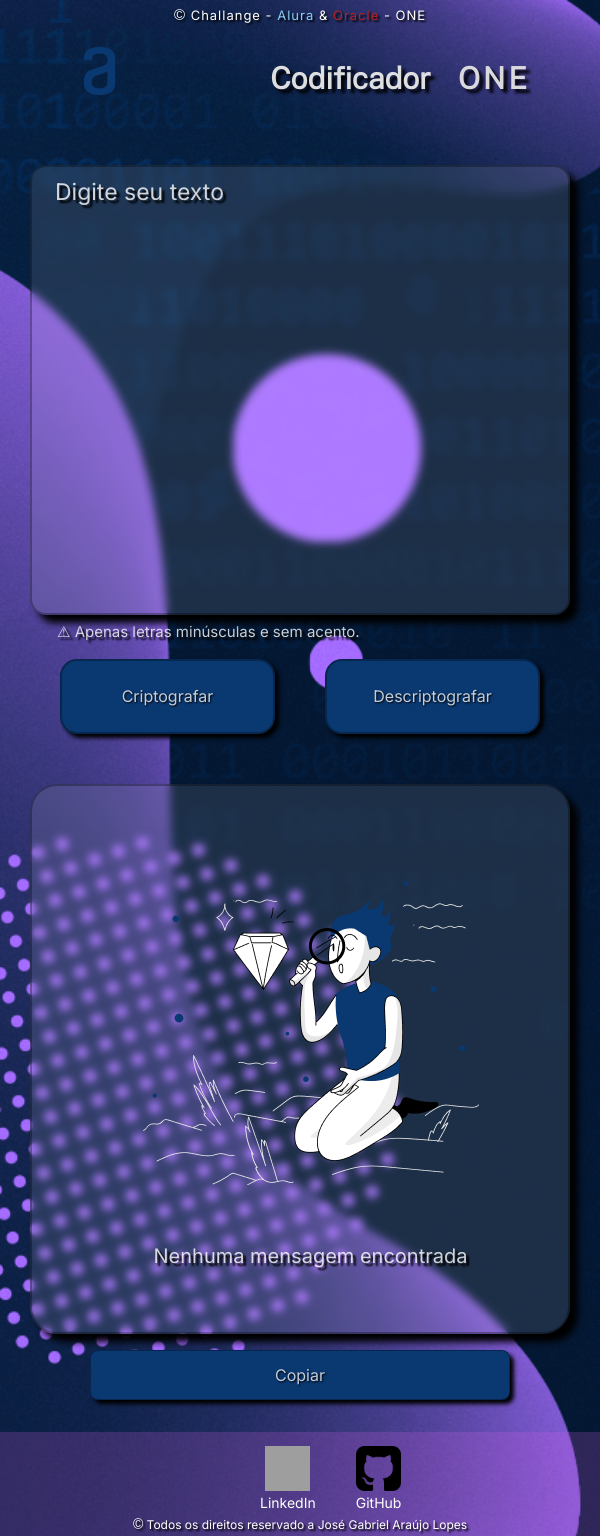
Repository: GabbrielLopes/Decodificador-ONE-Challange-Alura
Page: index.html
These files come from the project's save history. The page is drawn as it stood at one moment and after the next save; the edit follows.
The browser window is 600 px wide. The pictures show the whole page.
Pictures or frames that could not be fetched are drawn as grey boxes.

Above is the page before, as saved 2022-05-11 23:17:02.

### index.html

<!-- Regras Codificador:
"e" é convertido para "enter"
"i" é convertido para "imes"
"a" é convertido para "ai"
"o" é convertido para "ober"
"u" é convertido para "ufat"
Apenas letras minúsculas
Não permite acentuação
*/

/* Regras Decodificador:
"enter" é convertido para "e"
"imes" é convertido para "i"
"ai" é convertido para "a"
"ober" é convertido para "o"
"ufat" é convertido para "u"
Apenas letras minúsculas
Não permite acentuação
-->

<!DOCTYPE html>
<html lang="pt-br">
<head>
    <meta charset="UTF-8">
    <meta name="viewport" content="width=device-width">
    <link rel="stylesheet" href="css/reset.css">
    <link rel="stylesheet" href="css/style.css">
    <link rel="stylesheet" href="css/media.css">
    <link href="https://fonts.googleapis.com/css2?family=Inter&display=swap" rel="stylesheet">
    <link href="https://fonts.googleapis.com/css2?family=Public+Sans:wght@300&display=swap" rel="stylesheet">
    <title>Codificador ONE</title>
</head>
<body>
    <header>
        <div class="info-header">
            <p>© Challange - <a href="https://www.alura.com.br" target="_blank">Alura</a> & <a href="https://www.oracle.com/br/education/oracle-next-education/" target="_blank">Oracle</a> - ONE</p>
        </div>
        <div>
            <img src="imagens/logo-alura.png" alt="Logo alura com inicial da letra a" class="logo-cabecalho">
            <h2>Codificador <a href="https://www.oracle.com/br/education/oracle-next-education/" target="_blank">ONE</a></h2>
        </div>
        <div>
        </div>
    </header>
    <main class="main">
        <section>
            <textarea cols="40" rows="6" placeholder="Digite seu texto" class="campo-texto"></textarea>
            <div>
                <h6 class="informacao">⚠ Apenas letras minúsculas e sem acento.</h6>
            </div>

            <div class="botoes">
                <button class="btn-criptografar">Criptografar</button>
                <button class="btn-descriptografar">Descriptografar</button>
            </div>
        </section>

        <section class="mensagem">
            <textarea readonly cols="18" rows="8" placeholder="Nenhuma mensagem encontrada" ></textarea>
            <div class="div-btn-copy">
                <button class="btn-copy">Copiar</button>
            </div>
        </section>
    </main>
    <footer>

        <div class="icons-links">
            <div class="icons-flex">
                <a href="https://www.linkedin.com/in/josegabrielalopes/" target="_blank"><img src="imagens/linkedin.png">LinkedIn</a>
                <a href="https://github.com/GabbLps" target="_blank"><img src="imagens/github.png">GitHub</a>
            </div>
        </div>

        <div class="copyright">
            <p>© Todos os direitos reservado a <a href="https://www.linkedin.com/in/josegabrielalopes/" target="_blank">José Gabriel Araújo Lopes</a></p>
        </div>
    </footer>
</body>
<script src="./js/script.js"></script>
</html>

### css/style.css
* {
    font-family: "Inter", sans-serif;
}

html{
    margin: auto;
    padding: 0px;
    min-height: 100%;
    font-family: "Inter", sans-serif;
}

.info-header {
    margin-top: 0.5em;
    letter-spacing: 1px;
    font-size: 13px;
    justify-content: center;
    color: #fff;
    text-shadow: 2px 2px 2px #000;
    user-select: none;
}

.info-header p::first-letter{
    font-family: Arial, Helvetica, sans-serif;
    font-size: 15px;
}

.info-header a:nth-child(1), .info-header a:nth-child(2)  {
    color: #87CEFA;
    text-decoration: none;
}

.info-header a:nth-child(2) {
    color: #B22222;
}

header h2, header h2 a {
    user-select: none;
    font-family: 'Public Sans';
    font-size: 30px;
    letter-spacing: 3px;
    color: #E5E5E5;
    margin-top: 40px;
    margin-left: 20px;
    font-weight: bold;
    text-decoration: none;
    text-shadow: 4px 4px 3px #000;
    opacity: 0.97;
}

header div {
    display: flex;
}

.logo-cabecalho {
    margin: 25px 40px 40px 40px;
}

.main {
    min-height: calc(100vh - 120px);
    display: flex;
    margin-left: 80px;
}

body {
    box-sizing: border-box;
    margin: 0;
    width: 100%;
    height: 100%;
    background: #E5E5E5;
    background-image: url(../imagens/background.png);
    background-size: cover;
}

section div {
    margin: 0;
    display: flex;
}

textarea {
    font-size: 23px;
    color: rgba(255,255,255, 0.8);
    background: rgba( 255, 255, 255, 0.1);
    backdrop-filter: blur(4px);
    -webkit-backdrop-filter: blur(3px);
    text-shadow: 3px 3px 2px black;
    vertical-align: top;
    resize: none;
}

textarea::placeholder {
    color: rgba(255,255,255, 0.8);
    text-shadow: 3px 3px 2px black;
    text-align: top;
    margin-top: 2em;
}

.campo-texto {
    box-sizing: border-box;
    width: 640px;
    height: 300px;   /*  480 px   */
    margin-top: 60px;
    margin-left: 4em;
    padding-top: 0.5em;
    padding-left: 1em;
    border: 2px solid rgba( 0, 0, 0, 0.3);
    border-radius: 16px;
    box-shadow: 8px 8px 7px #000;
}

.mensagem textarea {
    box-sizing: border-box;
    width: 320px;
    height: 550px;
    margin-left: 2em;
    padding-top: 0.5em;
    padding-left: 1em;
    text-align: left;
    border: 2px solid rgba( 0, 0, 0 , 0.3);
    border-radius: 27px;
    box-shadow: 8px 8px 7px #000;
}

.mensagem textarea::placeholder {
    padding-top: 447px;
    text-align: center;
    font-size: 20px;
    background-image: url(../imagens/boneco.png);
    background-repeat: no-repeat;
    background-position: -50px 100px;
}
/*
.campo-mensagem-imagem {
    background-image: url(boneco.png);
    background-repeat: no-repeat;
    background-position: center;
}
*/
.informacao {
    user-select: none;
    color: rgba(255,255,255, 0.8);
    text-shadow: 3px 3px 2px black;
    font-size: 15px;
    margin-left: 9em;
    margin-top: 0.6em;
}

.botoes {
    display: flex;
    margin-left: 9em;
    margin-top: 2em;
}

.btn-criptografar, .btn-descriptografar {
    width: 250px;
    height: 75px;
    border: 2px solid rgba( 0, 0, 0 , 0.3);
    border-radius: 17px;
    background-color: #0A3871;
    color: rgba(216, 223, 232, 0.9);
    text-shadow: 1px 1px 2px #000;
    font-size: 16px;
    box-shadow: 4px 4px 4px #000;
    transition: 80ms;
}

.btn-descriptografar {
    margin-left: 50px;
}

.btn-criptografar:hover, .btn-descriptografar:hover {
    cursor: pointer;
    background-color: rgba(216, 223, 232, 0.8) ;
    color: #0A3871;
    transition: 80ms;
    font-size: 20px;
}

.btn-criptografar:active, .btn-descriptografar:active {
    font-size: 19px;
}

.btn-copy {
    width: 200px;
    height: 50px;
    margin-left: 100px;
    margin-top: 1em;
    border: 1px solid rgba( 0, 0, 0 , 0.3);
    border-radius: 8px;
    background-color: #0A3871;
    color: rgba(216, 223, 232, 0.9);
    text-shadow: 1px 1px 2px #000;
    font-size: 16px;
    box-shadow: 4px 4px 4px #000;
    transition: 80ms;
}

.btn-copy:hover {
    cursor: pointer;
    background-color: rgba(216, 223, 232, 0.8) ;
    color: white;
    transition: 80ms;
    font-size: 17px;
    margin-bottom: 2em;
}

.btn-copy:active {
    font-size: 18px;
}

footer {
    width: 100%;
    background-color: rgba(219,97,234, 0.2);

}

.icons-links img{
    display: block;
    width: 45px;
    height: 45px;
    margin: 1em auto;
    margin-bottom: 5px;
    justify-content: center;
}

.icons-links a {
    display: block;
    color: #fff;
    margin: 0 20px;
    text-align: center;
    align-items: center;
    font-size: 14px;
    text-decoration: none;
}

.icons-links a:nth-child(1):hover {
    color:#0077b7;
    transition: 0.3s;
}

.icons-links a:nth-child(2):hover {
    color:#000;
    transition: 0.3s;
}

.icons-flex {
    display: flex;
    margin: 0 40%;
    margin-bottom: 7px;
}

.copyright p {
    user-select: none;
    color: #fff;
    font-size: 12px;
    text-align: center;
    align-items: end;  /* Alinha vertical  */
    justify-content: center;   /* Alinha horizontal */
    padding: 0 0 5px;
    text-shadow: 2px 2px 2px #000;

}

.copyright p:first-letter{
    font-size: 14px;
    font-family: Arial, Helvetica, sans-serif;
}

.copyright a{
    color: #fff;
    text-decoration: none;
    text-shadow: 2px 2px 2px #000;
}

### css/media.css
@media screen and (max-width: 760px) {

    header h2 {
        margin: auto;
        letter-spacing: normal;
        align-self: center;
        flex-direction: row;
        float: inline-start;
    }

    .main {
        display: flex;
        flex-direction: column;
        margin: 0;
    }

    .campo-texto, .mensagem textarea {
        margin: 30px 5%;
        margin-bottom: 0px;
        width: 90%;
        height: 450px;
    }

    .mensagem textarea {
        height: 550px;
    }

    .informacao {
        margin-left: 57px;
    }

    .botoes {
        margin: 20px 0;
        margin-left: 10%;
        max-width: 80%;
    }

    .mensagem textarea::placeholder {
        padding-top: 447px;
        text-align: center;
        font-size: 20px;
        background-image: url(../imagens/boneco.png);
        background-repeat: no-repeat;
        background-position: center;
    }

    .btn-copy {
        margin: 2em 15%;
        margin-top: 1em;
        width: 100%;
    }

}

### js/script.js
/* Regras Codificador:
"e" é convertido para "enter"
"i" é convertido para "imes"
"a" é convertido para "ai"
"o" é convertido para "ober"
"u" é convertido para "ufat"
Apenas letras minúsculas
Não permite acentuação

 Regras Decodificador:
"enter" é convertido para "e"
"imes" é convertido para "i"
"ai" é convertido para "a"
"ober" é convertido para "o"
"ufat" é convertido para "u"
Apenas letras minúsculas
Não permite acentuação   */

var botaoEncriptar = buscaElemento(".btn-criptografar");
var botaoDesencriptar = buscaElemento(".btn-descriptografar");
var botaoCopiar = buscaElemento(".btn-copy");
var campoMensagem = buscaElemento(".campo-mensagem");
var sectionMensagem = buscaElemento(".mensagem textarea");
var campoTexto = buscaElemento(".campo-texto");

function buscaElemento(elemento){
    return document.querySelector(elemento);
}

//  Função onde joga o valor do campo de texto para o campo mensagem,chamando a função de encriptar
function btnEncriptar() {
    var texto = campoTexto.value;
    sectionMensagem.value = encriptar(texto);
    campoTexto.value = "";
}

//  Função onde faz a criptografia do texo digitado pelo usuário
function encriptar (texto) {
    var texto = texto.replaceAll(/e/gi,"enter")
    .replaceAll(/i/gi,"imes")
    .replaceAll(/a/gi, "ai")
    .replaceAll(/o/gi,"ober")
    .replaceAll(/u/gi,"ufat");

    stringEncriptada = texto;
    return stringEncriptada.toLowerCase();
}

// Função onde joga o valor do campo de texto para o campo mensagem,chamando a função de desencriptar
function btnDesencriptar() {
    var texto = campoTexto.value;
    sectionMensagem.value = desencriptar(texto);
    campoTexto.value = "";
}

// Função onde desencripta o texto digitado pelo usuário
function desencriptar (texto) {
    var texto = texto.replaceAll("enter","e")
    .replaceAll("imes","i")
    .replaceAll("ai", "a")
    .replaceAll("ober","o")
    .replaceAll("ufat","u");

    stringDesencriptada = texto;
    return stringDesencriptada;
}

// Função de copiar o valor do campo da mensagem e muda o nome do botão para copiado por 3,5 segundos
function btnCopiar(e) {
    navigator.clipboard.writeText(sectionMensagem.value);
    botaoCopiar.textContent = "Copiado!";
    sectionMensagem.value = "";
    botaoCopiar.style.border="2px solid white";
    setTimeout(function(){
        botaoCopiar.textContent = "Copiar";
        botaoCopiar.style.border="1px solid rgba( 0, 0, 0 , 0.3";
        botaoCopiar.style.color="rgba(216, 223, 232, 0.9)";
    },3500);
}

// Função onde verifica se o campo da mensagem está vazio e adiciona e remove classe para mostrar imagem de acordo com a verificação.
/*function verificaMensagem() {
    if(sectionMensagem.value == ""){
        sectionMensagem.classList.add("campo-mensagem-imagem");
    } else {
        sectionMensagem.classList.remove("campo-mensagem-imagem");
    }
}

// Repetindo a função verificaMensagem para verificar a todo momento se o campoMensagem está vazio
setInterval(verificaMensagem, 10);*/

// Escutadores de eventos, quando os botões forem clicados, executar suas devidas funções
botaoEncriptar.addEventListener('click', btnEncriptar);
botaoDesencriptar.addEventListener('click', btnDesencriptar);
botaoCopiar.addEventListener('click', btnCopiar);

Loaded but not shown: css/reset.css (common file)

After the next save:
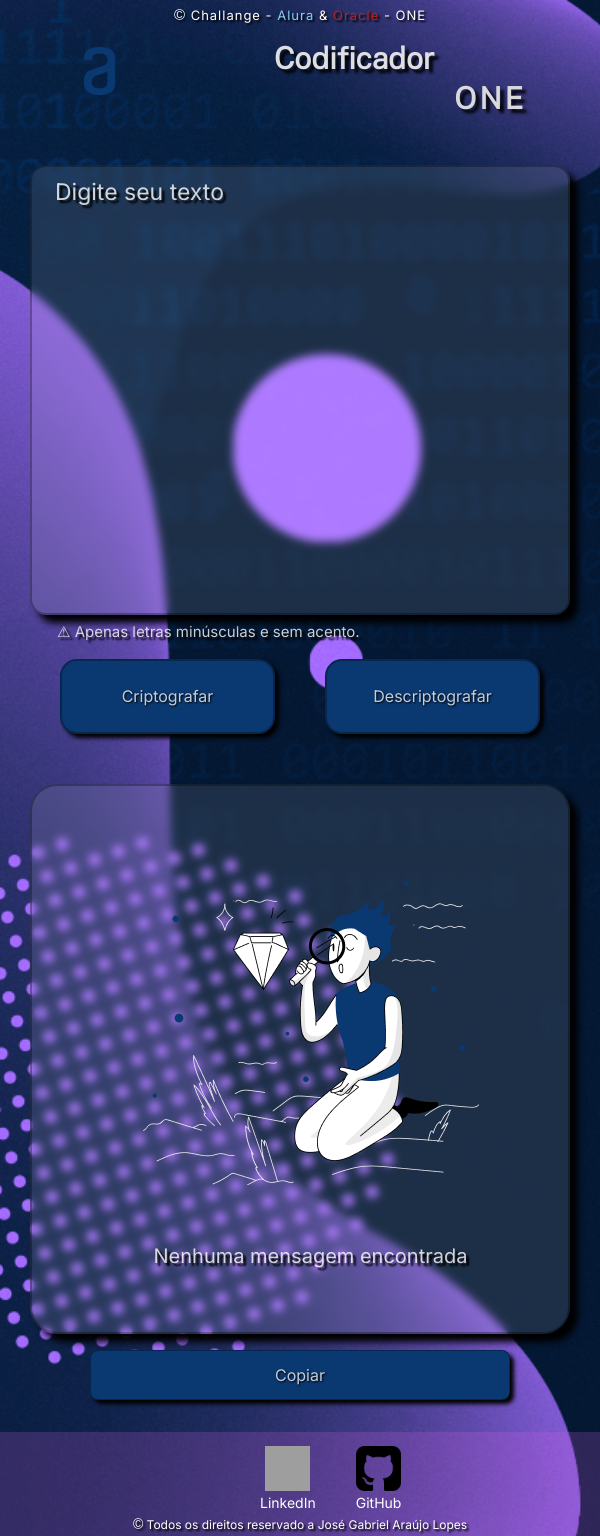
Saved 22 s later.
--- a/css/media.css
+++ b/css/media.css
@@ -4,8 +4,9 @@
         margin: auto;
         letter-spacing: normal;
         align-self: center;
+        display: flex;
         flex-direction: row;
-        float: inline-start;
+
     }
 
     .main {
